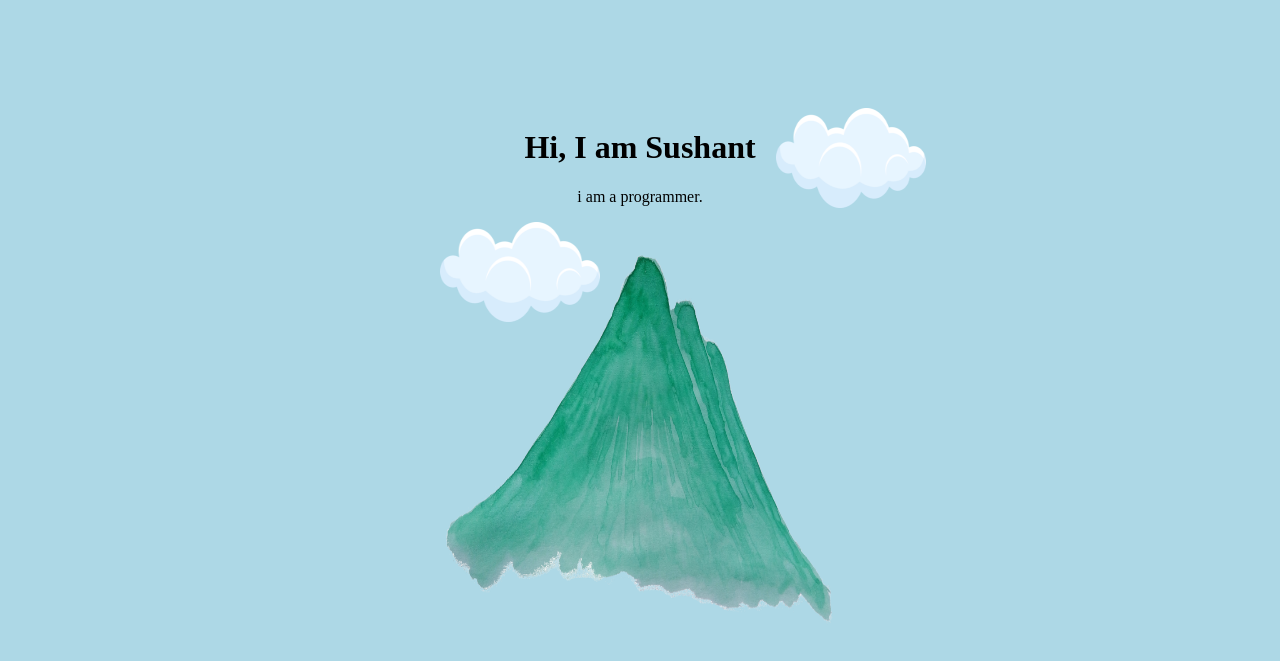
Repository: Sushant203/myPersonalSite
Page: index.html
The author's editor kept a copy of each file at every save. The page is drawn from the files as they stood at one save, then again after the next save.
The browser window is 1280 px wide. The pictures show the whole page.

Above is the page before, as saved 2022-12-09 18:17:07.

After the next save:
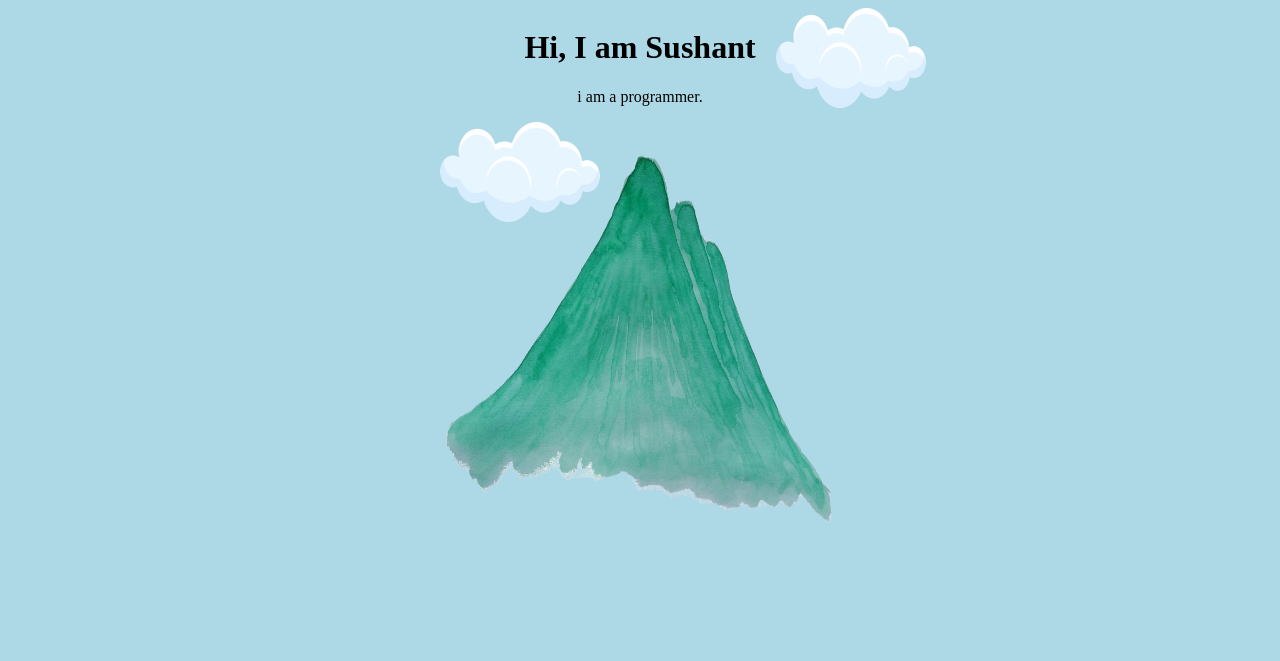
Saved 6 s later.
--- a/css/style.css
+++ b/css/style.css
@@ -6,7 +6,7 @@
 
     position: relative;
     text-align: center;
-    padding-top: 100px;
+    /* padding-top: 100px;  */
 }
 
 .top-cloud{

After the save that followed:
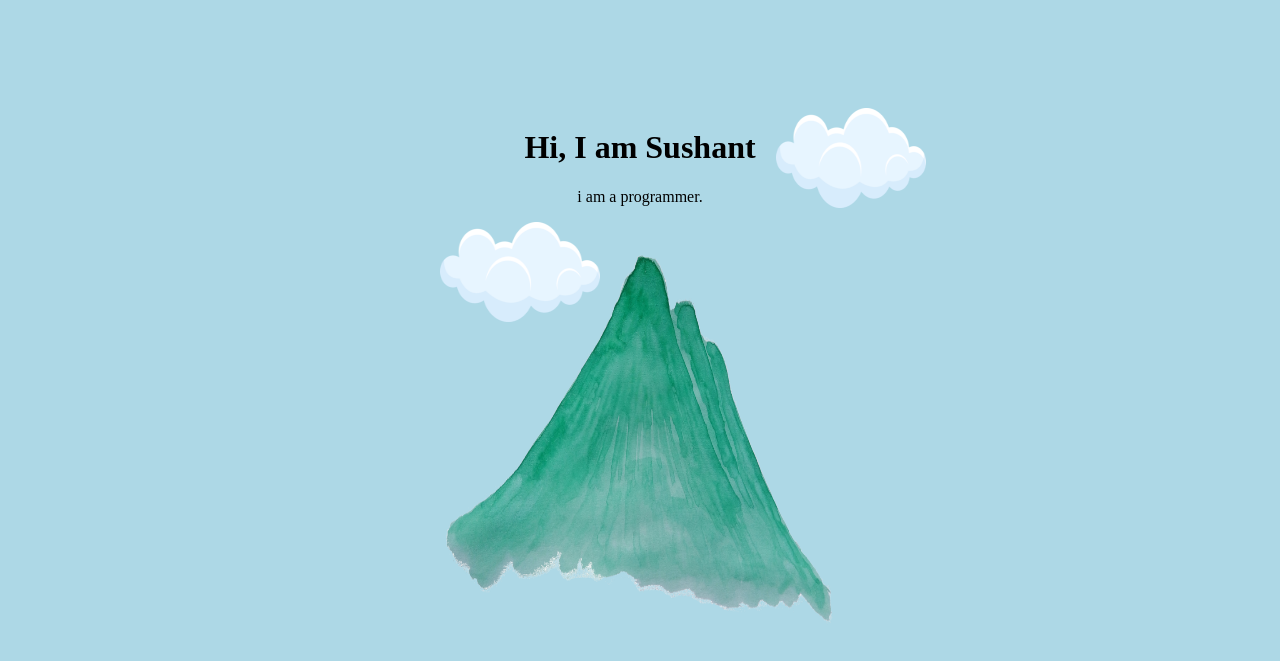
Saved 5 s later.
--- a/css/style.css
+++ b/css/style.css
@@ -6,7 +6,7 @@
 
     position: relative;
     text-align: center;
-    /* padding-top: 100px;  */
+    padding-top: 100px;
 }
 
 .top-cloud{
